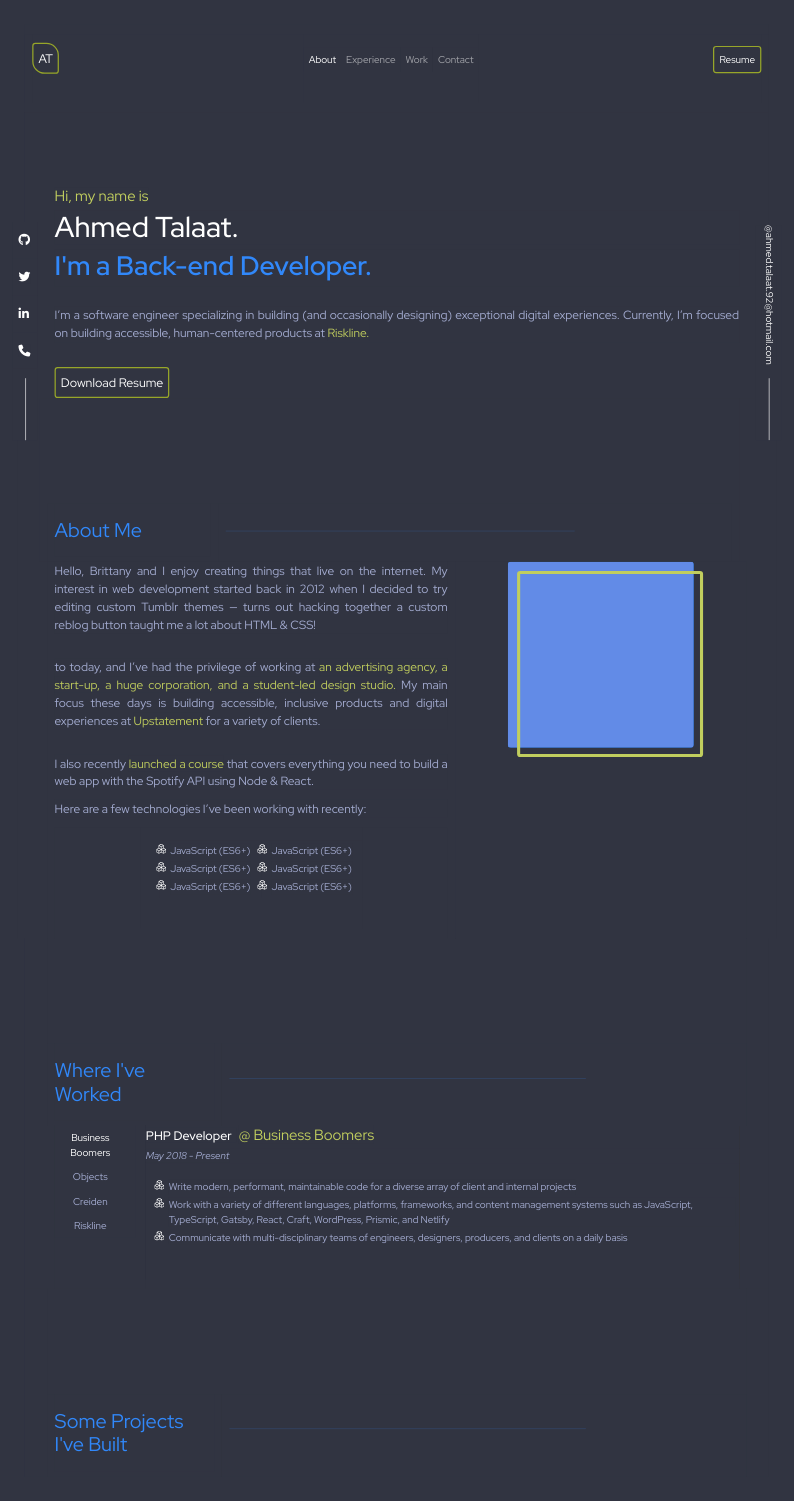
Repository: aya7abbal/Talaat-s-Portfolio
Page: index.html
These files come from the project's save history. The page is drawn as it stood at one moment and after the next save; the edit follows.
The browser window is 1280 px wide. The pictures show the whole page, at 62% of full size.
Pictures or frames that could not be fetched are drawn as grey boxes. Some web libraries are served in a nearby version. The style sheet was rebuilt from its Sass, Less or Tailwind sources for each picture, by a compiler version that may differ from the author's.

Above is the page before, as saved 2022-02-07 14:20:02.

After the next save:
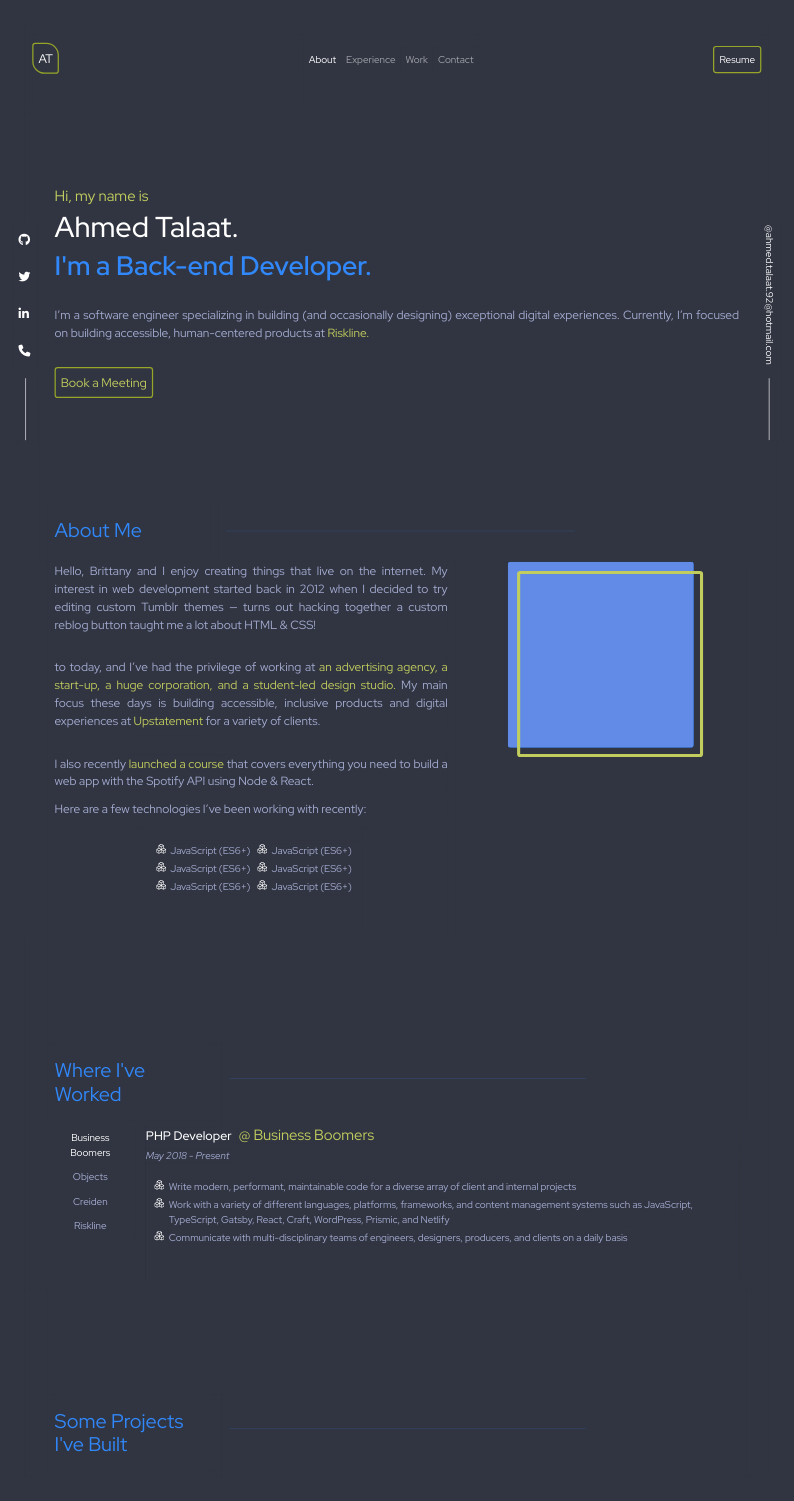
Saved 103 s later.
--- a/index.html
+++ b/index.html
@@ -156,7 +156,7 @@
 
         <br />
 
-        <button class="btn-green btn-lg">Download Resume</button>
+        <button class="btn-green btn-lg"> <a href="https://calendly.com/atalaat-92/short-discussion?month=2022-02"> Book a Meeting</a></button>
       </div>
 
       <!-- About -->
